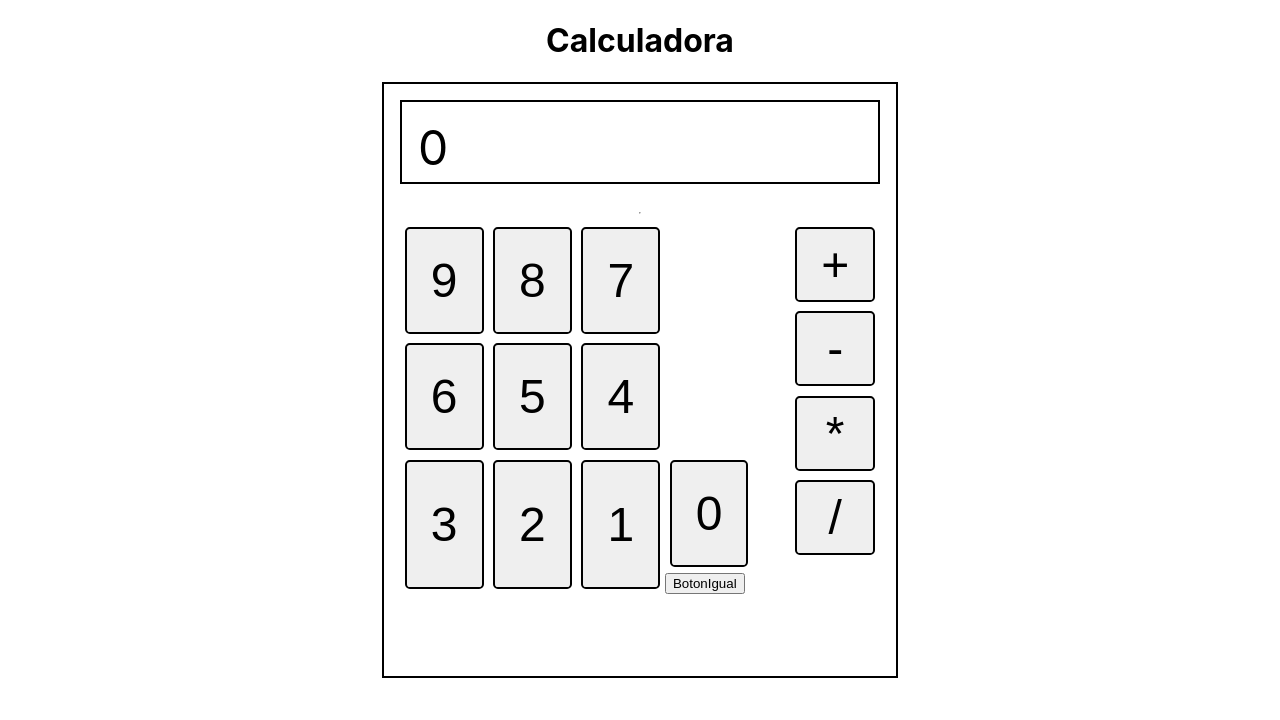
Repository: yamaka/curso-react-febrero-2022
Page: /
An editor plug-in stored every save of this project. The page is shown before and after the next save, followed by the edit.
The browser window is 1280 px wide. The pictures show the whole page.
The project was rebuilt for these pictures with package versions that can differ from the ones it lists, and the page was loaded fresh each time. Also part of the build but not shown: src/App.css, src/components/Zanahoria/Zanahoria.css, src/components/Zanahoria/Zanahoria.js, src/components/Zanahorias/Zanahorias.js, src/components/Lechuga/Lechuga.css, src/components/Lechuga/Lechuga.js, src/components/Calculadora/Calculadora.css, src/components/Calculadora/Calculadora.js and 3 more.

Above is the page before, as saved 2022-03-02 19:15:20.

### src/index.js
import React from 'react';
import ReactDOM from 'react-dom';
import './index.css';
import App from './App';
import reportWebVitals from './reportWebVitals';

ReactDOM.render(
  <React.StrictMode>
    <App />
  </React.StrictMode>,
  document.getElementById('root')
);

// If you want to start measuring performance in your app, pass a function
// to log results (for example: reportWebVitals(console.log))
// or send to an analytics endpoint. Learn more: https://bit.ly/CRA-vitals
reportWebVitals();

### src/App.js
import logo from './logo.svg';
import './App.css';
import Zanahorias from './components/Zanahorias/Zanahorias';
import Lechuga from './components/Lechuga/Lechuga';
import Calculadora from './components/Calculadora/Calculadora';
import CiclosVida from './components/CiclosVida/CiclosVida';
import CalculadoraHooks from './hooks/Calculadora/Calculadora'

function App() {
  return (
    <div style={{
      display: 'flex',
      flexDirection: 'column',
      justifyContent: 'center',
      alignItems: 'center'
    }}>
      {/* componentes sin estado  */}
      {/* <h1>Componentes sin estado  funcionales</h1>
      <h2>Verduleria</h2>
      <Zanahorias titulo={"zanahorias super economicas"} cantidad={3} />  */}
        {/* hacer lo mismo con lechugas */}
      {/* componentes con estado */}
      {/* <h1>componentes con estado como clase</h1>
      <Calculadora/> */}
      {/* <CiclosVida/> */}
      <CalculadoraHooks/>
    </div>
  );
}

export default App;

### src/hooks/Calculadora/Calculadora.js
//componentes como funcionales con estado
import React, { useState } from "react";
import Input from "../components/Input/Input";
import BotonNumerico from "../components/BotonNumerico/BotonNumerico";
import BotonOperacion from "../components/BotonOperacion/BotonOperacion";
import BotonIgual from "../components/BotonIgual/BotonIgual";

import "./Calculadora.css";

const Calculadora = () => {
  const [display, setDisplay] = useState("0");
  const [operandoA, setOperandoA] = useState(0);
  const [operandoB, setOperandoB] = useState(0);
  const [operacion, setOperacion] = useState("+");

  //   se puede tambien con objetos
  //   const [calculadora, setCalculadora] = useState({
  //     display: "0",
  //     operandoA: 0,
  //     operandoB: 0,
  //     operacion: "+",
  //   });

  //   setCalculadora({ ...calculadora, ...{ display: "0" } });

  const onPressNumerico = (numero) => {
    if (operandoA == 0) {
      setOperandoA(numero);
      setDisplay(numero);
    } else {
      setOperandoB(numero);
      setDisplay(display + numero);
    }
  };

  const onPressOperacion = (operacion) => {
    setOperacion(operacion);
    setDisplay(display + operacion);
  };

  const calcular = () => {
    switch (operacion) {
      case "+":
        setDisplay((parseInt(operandoA) + parseInt(operandoB)).toString());
    }
  };

  return (
    <div className="container">
      <h1>Calculadora</h1>
      <div className="calculadora-container">
        <Input value={display} />
        <br />
        <hr />
        <div
          style={{
            display: "flex",
            flex: 1,
            flexDirection: "row",
            justifyContent: "space-around",
          }}
        >
          <div style={{ display: "flex", flexDirection: "column" }}>
            <div style={{ display: "flex", flexDirection: "row" }}>
              <BotonNumerico value="9" onPress={onPressNumerico} />
              <BotonNumerico value="8" onPress={onPressNumerico} />
              <BotonNumerico value="7" onPress={onPressNumerico} />
            </div>
            <div style={{ display: "flex", flexDirection: "row" }}>
              <BotonNumerico value="6" onPress={onPressNumerico} />
              <BotonNumerico value="5" onPress={onPressNumerico} />
              <BotonNumerico value="4" onPress={onPressNumerico} />
            </div>
            <div style={{ display: "flex", flexDirection: "row" }}>
              <BotonNumerico value="3" onPress={onPressNumerico} />
              <BotonNumerico value="2" onPress={onPressNumerico} />
              <BotonNumerico value="1" onPress={onPressNumerico} />

              <div>
                <BotonNumerico value="0" onPress={onPressNumerico} />
                <BotonIgual onPress={calcular} />
              </div>
            </div>
          </div>
          <div style={{ display: "flex", flexDirection: "column" }}>
            <BotonOperacion operator="+" onPress={onPressOperacion} />
            <BotonOperacion operator="-" onPress={onPressOperacion} />
            <BotonOperacion operator="*" onPress={onPressOperacion} />
            <BotonOperacion operator="/" onPress={onPressOperacion} />
          </div>
        </div>
      </div>
    </div>
  );
};

export default Calculadora;

### src/hooks/components/Input/Input.js
import React from 'react'
import './Input.css'
//tarea que los numeros introduciodps vayan a la derecha

const Input = ({value}) => {
  return (
    <div className='input-container'><span>{value}</span></div>
  )
}

export default Input

### src/hooks/components/BotonNumerico/BotonNumerico.js
import React from 'react'
import './BotonNumerico.css';
const BotonNumerico = ({value, onPress}) => {
  return (
    <button className='boton-numerico' onClick={()=>onPress(value)}>{value}</button>
  )
}

export default BotonNumerico

### src/hooks/components/BotonOperacion/BotonOperacion.js
import React from "react";
import "./BotonOperacion.css";

const BotonOperacion = ({ operator, onPress }) => {
  return (
    <button className="boton-operacion" onClick={() => onPress(operator)}>
      {operator}
    </button>
  );
};

export default BotonOperacion;

### src/hooks/components/BotonIgual/BotonIgual.js
import React from 'react'

const BotonIgual = ({onPress}) => {
  return (
    <button onClick={() => onPress()}>BotonIgual</button>
  )
}

export default BotonIgual

### src/hooks/Calculadora/Calculadora.css

.container{
    display: flex;
    flex: 1;
    flex-direction: column;
    align-items: center;

}
.calculadora-container{
    padding: 1rem;
    border: solid 1px;
    border-width: 2px;
    display: flex;
    flex-direction: column;
    width: 30rem;
    height: 35rem;
}

### src/hooks/components/Input/Input.css
.input-container{
    border: solid 1px;
    border-width: 2px;
    height: 3rem;
    font-size: 3rem;
    padding: 1rem;
}

### src/hooks/components/BotonNumerico/BotonNumerico.css
.boton-numerico {
  border: solid 2px;
  padding: 1.5rem;
  border-radius: 0.3rem;
  font-size: 3rem;
  margin: 0.3rem;
}

### src/hooks/components/BotonOperacion/BotonOperacion.css
.boton-operacion {
  border: solid 2px;
  padding-top: 0.5rem;
  padding-bottom: 0.5rem;
  padding-left: 1.5rem;
  padding-right: 1.5rem;
  border-radius: 0.3rem;
  font-size: 3rem;
  margin: 0.3rem;
}

Loaded but not shown: public/index.html (common file); src/index.css (common file); src/reportWebVitals.js (common file)

After the next save:
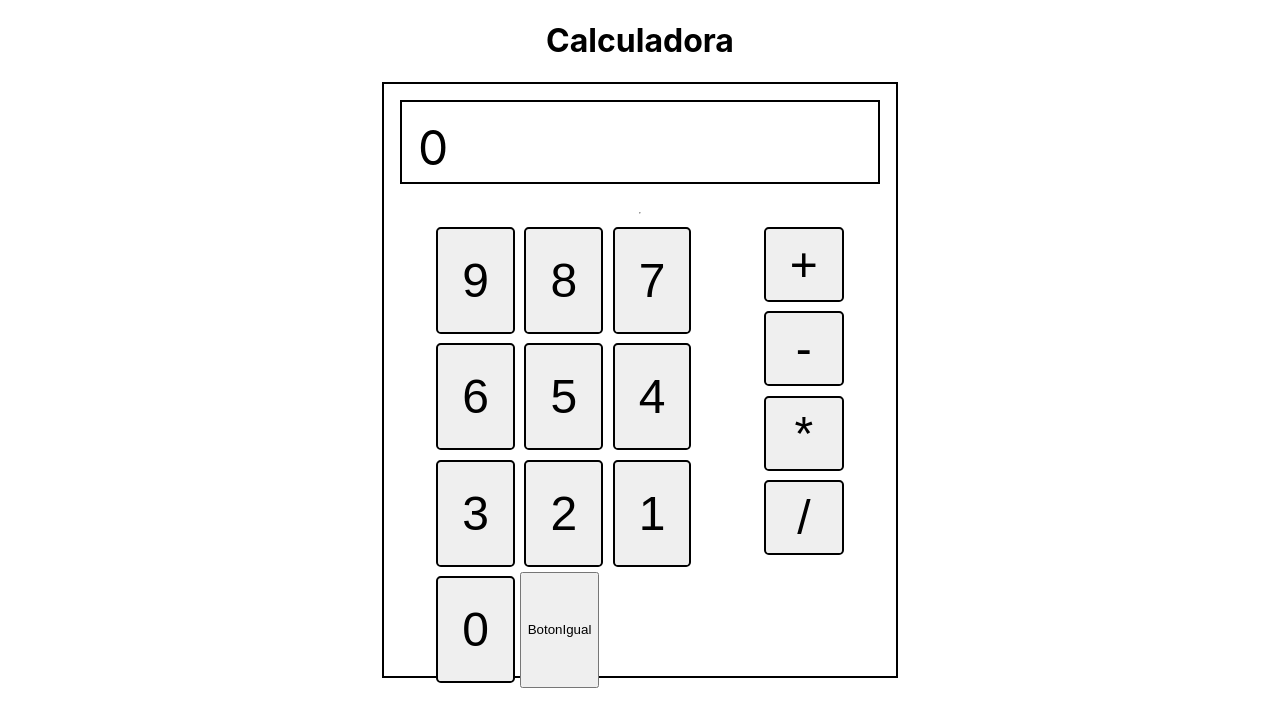
Saved 32 s later.
--- a/src/hooks/Calculadora/Calculadora.js
+++ b/src/hooks/Calculadora/Calculadora.js
@@ -75,11 +75,10 @@ const Calculadora = () => {
               <BotonNumerico value="3" onPress={onPressNumerico} />
               <BotonNumerico value="2" onPress={onPressNumerico} />
               <BotonNumerico value="1" onPress={onPressNumerico} />
-
-              <div>
-                <BotonNumerico value="0" onPress={onPressNumerico} />
-                <BotonIgual onPress={calcular} />
-              </div>
+            </div>
+            <div style={{ display: "flex", flexDirection: "row" }}>
+              <BotonNumerico value="0" onPress={onPressNumerico} />
+              <BotonIgual onPress={calcular} />
             </div>
           </div>
           <div style={{ display: "flex", flexDirection: "column" }}>
